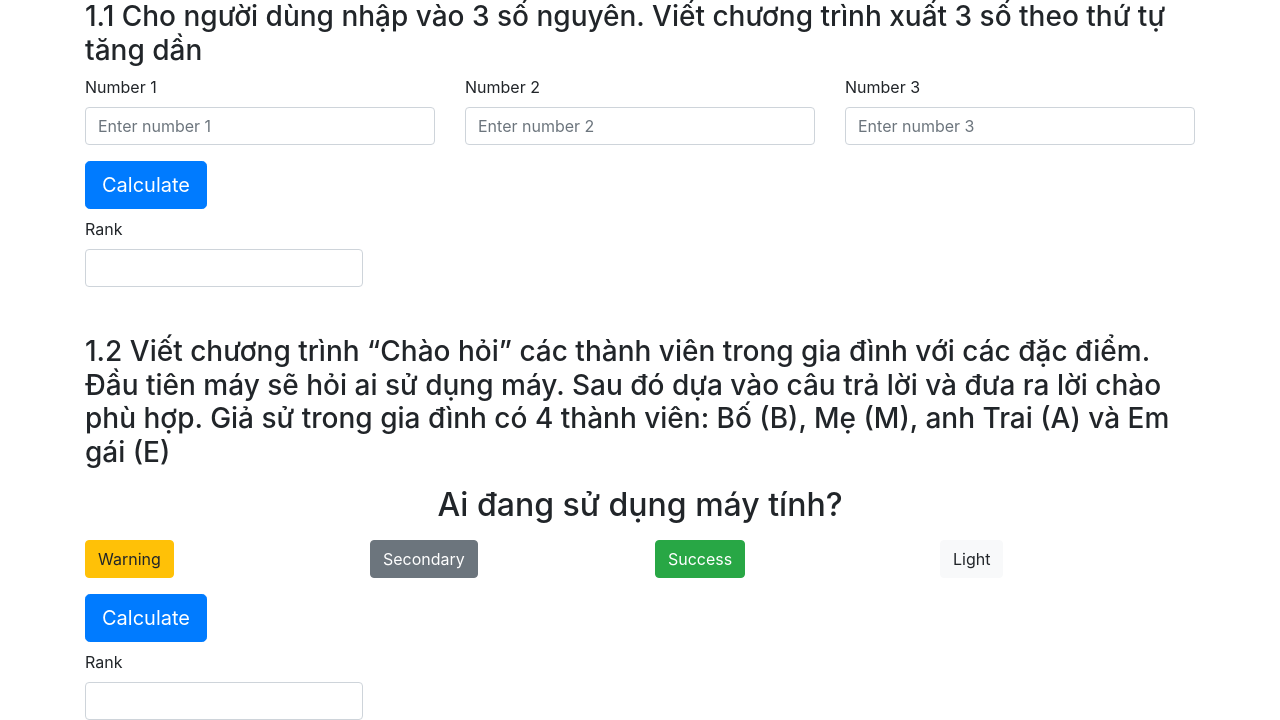
Repository: baobaodeveloper/bootscamp21__jsbasic__HuynhAnhBao
Page: index.html
These files come from the project's save history. The page is drawn as it stood at one moment and after the next save; the edit follows.
The browser window is 1280 px wide. The pictures show the whole page.

Above is the page before, as saved 2022-03-09 23:57:02.

After the next save:
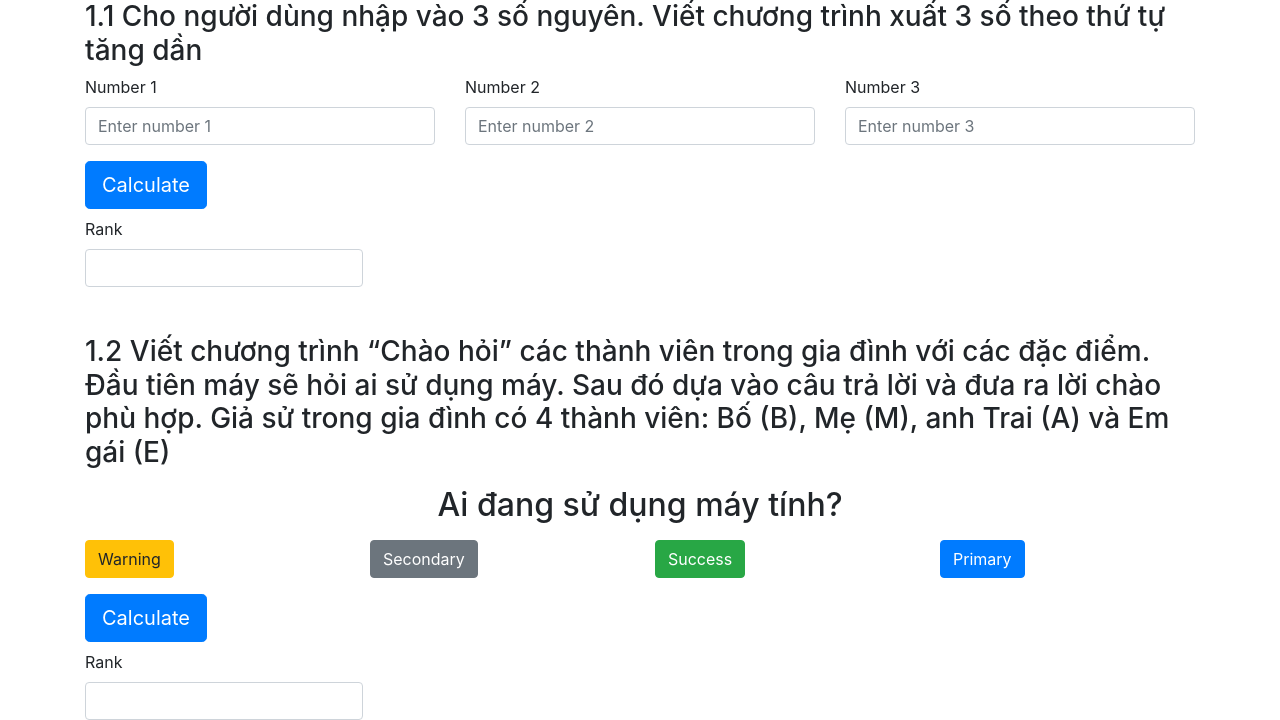
Saved 31 s later.
--- a/index.html
+++ b/index.html
@@ -85,7 +85,7 @@
           <button type="button" class="btn btn-success">Success</button>
         </div>
         <div class="col">
-          <button type="button" class="btn btn-light">Light</button>
+          <button type="button" class="btn btn-primary">Primary</button>
         </div>
       </div>
 
